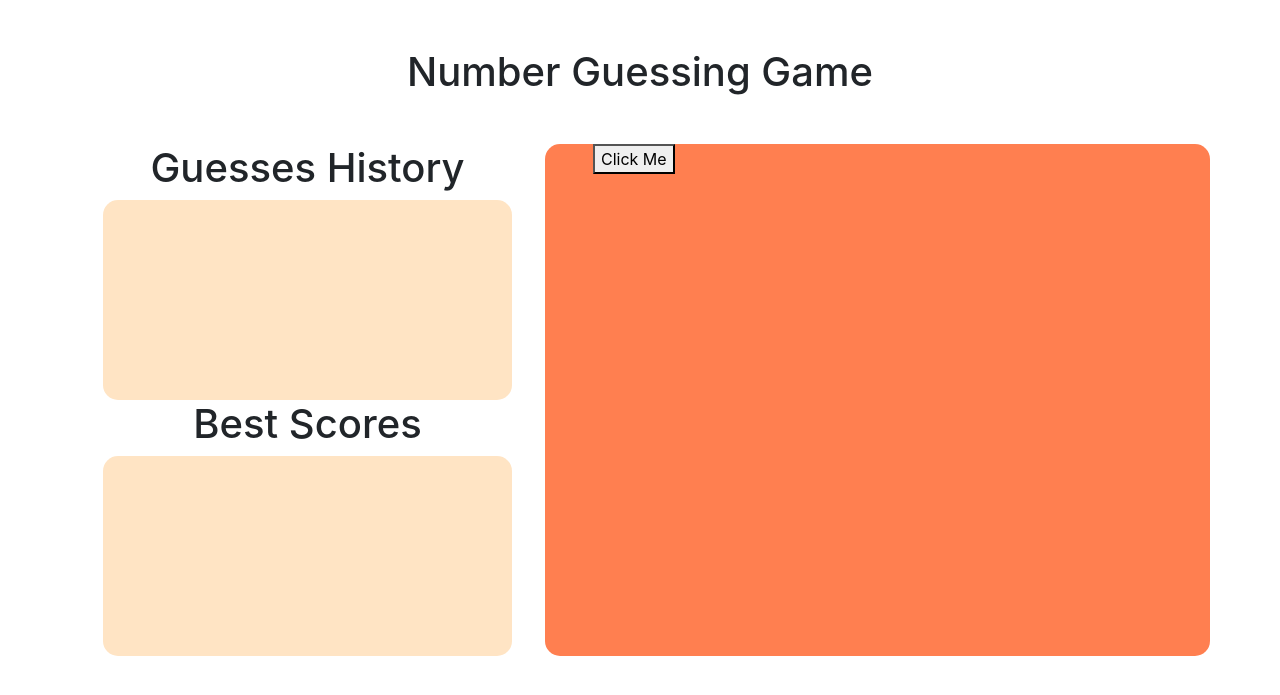
Repository: tts2610/NumberGuessingGame
Page: index.html
These files come from the project's save history. The page is drawn as it stood at one moment and after the next save; the edit follows.
The browser window is 1280 px wide. The pictures show the whole page.
After loading, the first visible `#startGameBtn` was clicked once.

Above is the page before, as saved 2020-05-13 12:51:42.

After the next save:
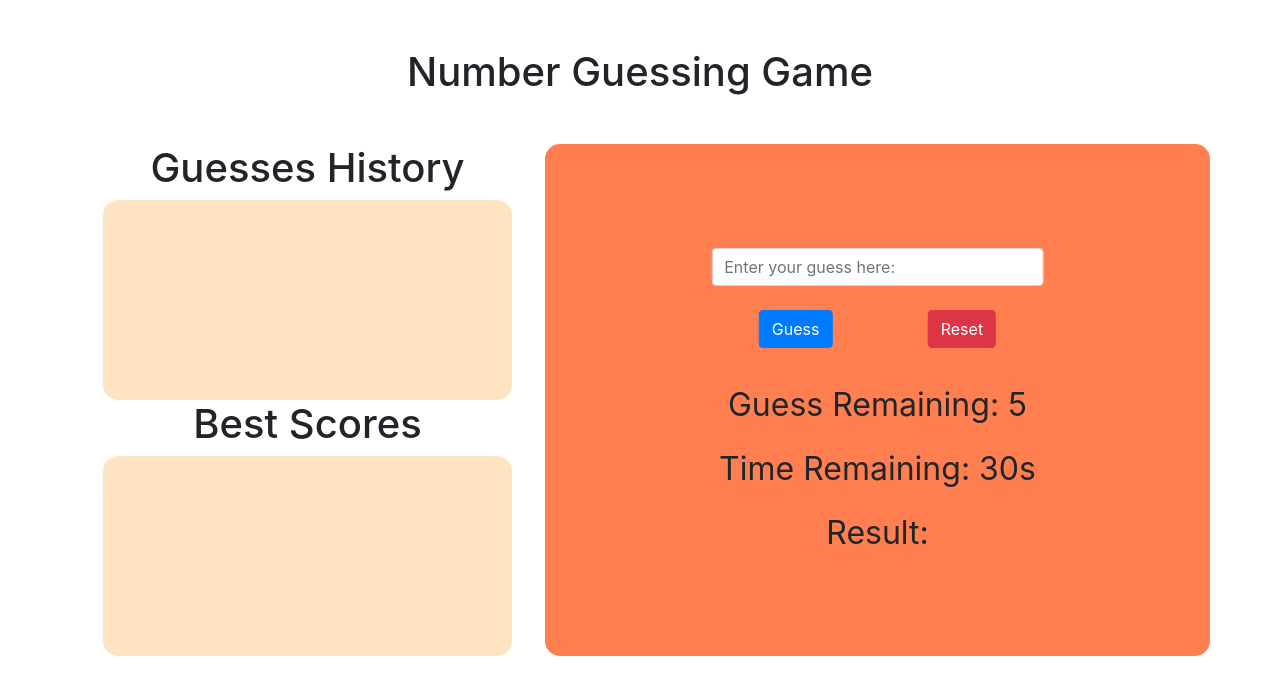
Saved 97 s later.
--- a/js/script.js
+++ b/js/script.js
@@ -1,5 +1,9 @@
+let div = document.getElementById("inputDiv");
+$(document).ready(function() {
+    div.style.display = "none";
+});
+
 function myFunction() {
-    var div = document.getElementById("inputDiv");
     var startGameBtn = document.getElementById("startGameBtn");
     if (div.style.display === "none") {
         alert("aaa")
